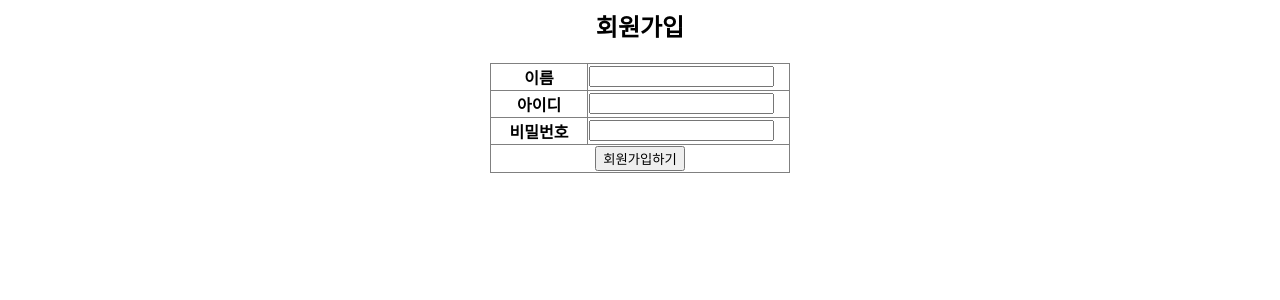
Repository: kdongjin/jspStudy
Page: http://localhost/jspStudy/login/new_member.jsp
These files come from the project's save history. The page is drawn as it stood at one moment and after the next save; the edit follows.
The browser window is 1280 px wide. The pictures show the whole page.
The page is served by Tomcat 9. Nobody is signed in. The application's start-up code is not run.

Above is the page before, as saved 2024-12-09 02:48:18.

After the next save:
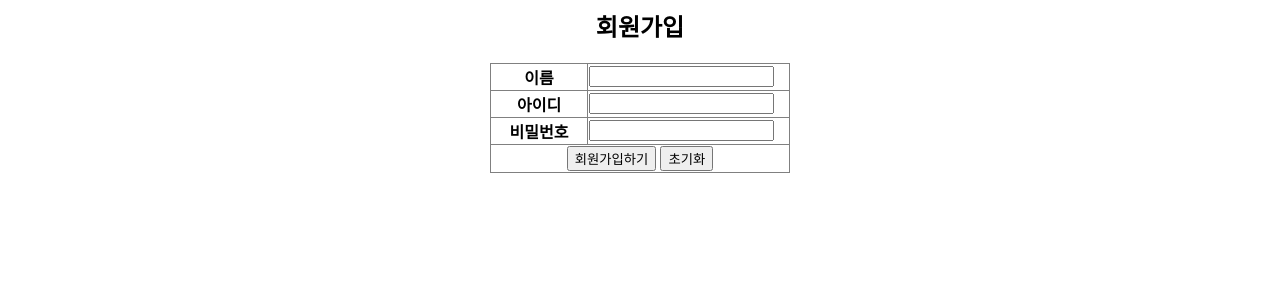
Saved 2 min 2 s later.
--- a/jspStudy/src/main/webapp/login/new_member.jsp
+++ b/jspStudy/src/main/webapp/login/new_member.jsp
@@ -1,6 +1,7 @@
-<%@ page language="java" contentType="text/html; charset=UTF-8"
-	pageEncoding="UTF-8"%>
-
+<%@ page contentType="text/html; charset=UTF-8"	%>
+<!-- 1.사용자정보를 가져온다  -->
+<!-- 2.curd  -->
+<!-- 3.화면설계(자바코드에 해야되는데 - > jsp service함수에서 진행한다. -->
 <html>
 <head>
 <title>회원가입</title>
@@ -12,9 +13,7 @@
 </style>
 </head>
 <body>
-
 	<h2 align="center">회원가입</h2>
-
 	<form method="post" action="new_member_db.jsp">
 		<table border="1" width="300" id="my_table">
 			<tr>
@@ -30,8 +29,9 @@
 				<td width="200"><input type="password" name="pass" required></td>
 			</tr>
 			<tr>
-				<td colspan="2" align="center"><input type="submit"
-					value="회원가입하기"></td>
+				<td colspan="2" align="center">
+					<input type="submit"	value="회원가입하기">
+					<input type="reset"	value="초기화"></td>
 			</tr>
 		</table>
 	</form>
